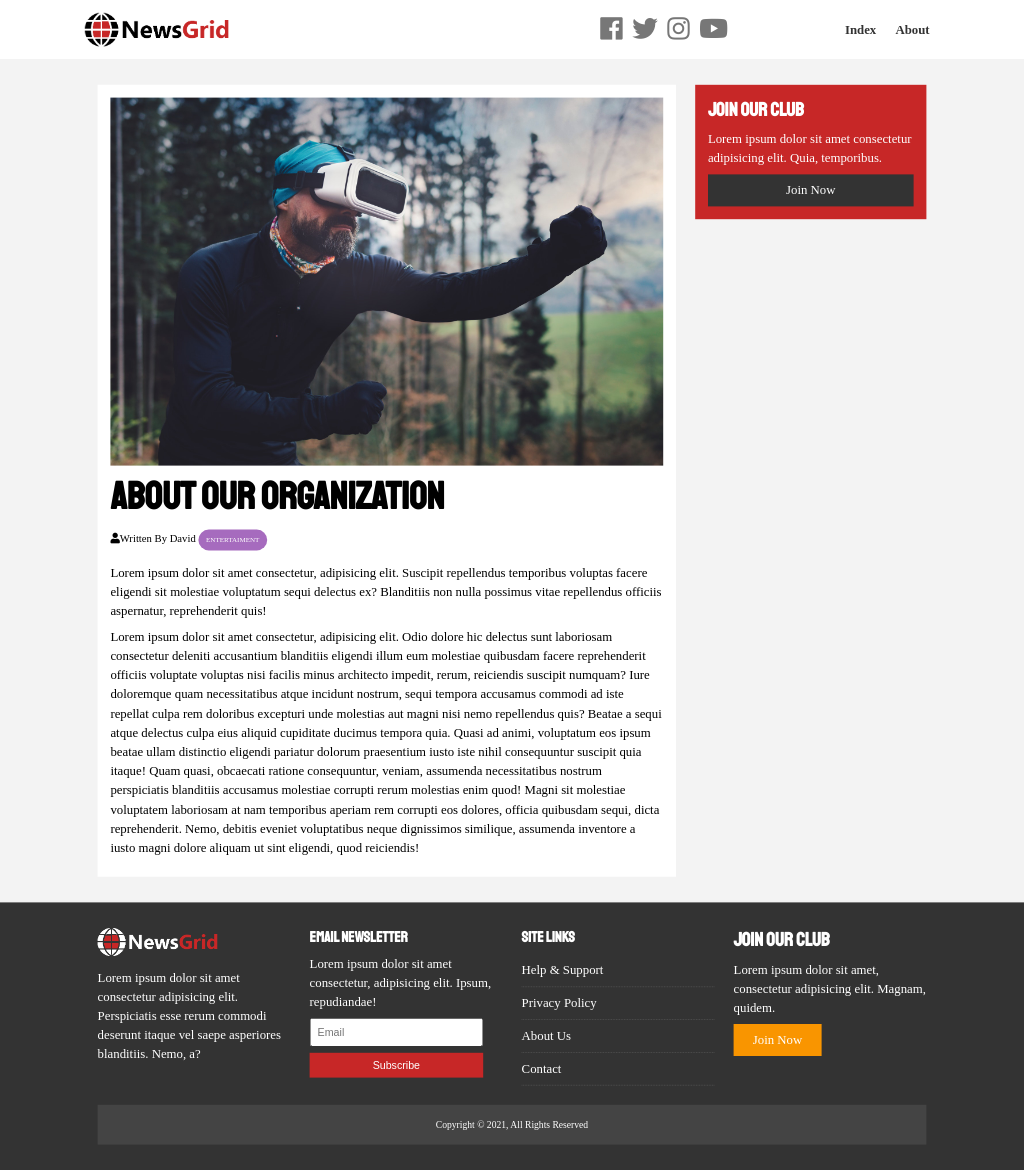
Repository: minhtien9/newsgrid
Page: article.html
The author's editor kept a copy of each file at every save. The page is drawn from the files as they stood at one save, then again after the next save.
The browser window is 1280 px wide. The pictures show the whole page, at 80% of full size.
Some web libraries are served in a nearby version.

Above is the page before, as saved 2021-08-26 12:10:06.

### article.html
<!DOCTYPE html>
<html lang="en">
  <head>
    <meta charset="UTF-8" />
    <meta name="viewport" content="width=device-width, initial-scale=1.0" />
    <meta http-equiv="X-UA-Compatible" content="ie=edge" />
    <link
      rel="stylesheet"
      href="https://use.fontawesome.com/releases/v5.6.3/css/all.css"
      integrity="sha384-UHRtZLI+pbxtHCWp1t77Bi1L4ZtiqrqD80Kn4Z8NTSRyMA2Fd33n5dQ8lWUE00s/"
      crossorigin="anonymous"
    />
    <link
      href="https://fonts.googleapis.com/css2?family=Lato&family=Staatliches&display=swap"
      rel="stylesheet"
    />
    <link rel="stylesheet" href="css/style.css" />
    <link
      rel="stylesheet"
      media="screen and (max-width: 768px)"
      href="css/mobile.css"
    />
    <link rel="shortcut icon" type="image/x-icon" href="favicon.ico" />
    <title>NewsGrid | Latest News</title>
  </head>

  <body>
    <nav id="main-nav">
      <div class="container">
        <img src="img/logo.png" alt="NewsGrid" class="logo" />
        <div class="social">
          <a href="http://facebook.com" target="_blank"
            ><i class="fab fa-facebook fa-2x"></i
          ></a>
          <a href="http://twitter.com" target="_blank"
            ><i class="fab fa-twitter fa-2x"></i
          ></a>
          <a href="http://instagram.com" target="_blank"
            ><i class="fab fa-instagram fa-2x"></i
          ></a>
          <a href="http://youtube.com" target="_blank"
            ><i class="fab fa-youtube fa-2x"></i
          ></a>
        </div>
        <ul>
          <li><a href="index.html">Index</a></li>
          <li><a href="about.html">About</a></li>
        </ul>
      </div>
    </nav>

    <section id="article">
      <div class="container">
        <div class="page-container">
          <article class="card">
            <img src="img/articles/ent1.jpg" alt="" />
            <h1 class="l-heading">About Our Organization</h1>
            <div class="meata">
              <small> <i class="fas fa-user"></i>Written By David </small>
              <div class="category category-ent">Entertaiment</div>
            </div>
            <p>
              Lorem ipsum dolor sit amet consectetur, adipisicing elit. Suscipit
              repellendus temporibus voluptas facere eligendi sit molestiae
              voluptatum sequi delectus ex? Blanditiis non nulla possimus vitae
              repellendus officiis aspernatur, reprehenderit quis!
            </p>
            <p>
              Lorem ipsum dolor sit amet consectetur, adipisicing elit. Odio
              dolore hic delectus sunt laboriosam consectetur deleniti
              accusantium blanditiis eligendi illum eum molestiae quibusdam
              facere reprehenderit officiis voluptate voluptas nisi facilis
              minus architecto impedit, rerum, reiciendis suscipit numquam? Iure
              doloremque quam necessitatibus atque incidunt nostrum, sequi
              tempora accusamus commodi ad iste repellat culpa rem doloribus
              excepturi unde molestias aut magni nisi nemo repellendus quis?
              Beatae a sequi atque delectus culpa eius aliquid cupiditate
              ducimus tempora quia. Quasi ad animi, voluptatum eos ipsum beatae
              ullam distinctio eligendi pariatur dolorum praesentium iusto iste
              nihil consequuntur suscipit quia itaque! Quam quasi, obcaecati
              ratione consequuntur, veniam, assumenda necessitatibus nostrum
              perspiciatis blanditiis accusamus molestiae corrupti rerum
              molestias enim quod! Magni sit molestiae voluptatem laboriosam at
              nam temporibus aperiam rem corrupti eos dolores, officia quibusdam
              sequi, dicta reprehenderit. Nemo, debitis eveniet voluptatibus
              neque dignissimos similique, assumenda inventore a iusto magni
              dolore aliquam ut sint eligendi, quod reiciendis!
            </p>
          </article>
          <aside class="card bg-primary">
            <h2>Join Our Club</h2>
            <p>
              Lorem ipsum dolor sit amet consectetur adipisicing elit. Quia,
              temporibus.
            </p>
            <a href="#" class="btn btn-dark btn-block">Join Now</a>
          </aside>
        </div>
      </div>
    </section>
    <!-- Footer -->
    <footer id="main-footer" class="py-2">
      <div class="container footer-container">
        <div>
          <img src="img/logo_light.png" alt="NewsGrid" />
          <p>
            Lorem ipsum dolor sit amet consectetur adipisicing elit.
            Perspiciatis esse rerum commodi deserunt itaque vel saepe asperiores
            blanditiis. Nemo, a?
          </p>
        </div>
        <div>
          <h3>Email NewsLetter</h3>
          <p>
            Lorem ipsum dolor sit amet consectetur, adipisicing elit. Ipsum,
            repudiandae!
          </p>
          <form>
            <input type="email" placeholder="Email" />
            <input type="submit" value="Subscribe" class="btn btn-primary" />
          </form>
        </div>
        <div>
          <h3>Site Links</h3>
          <ul class="list">
            <li><a href="#">Help & Support</a></li>
            <li><a href="#">Privacy Policy</a></li>
            <li><a href="#">About Us</a></li>
            <li><a href="#">Contact</a></li>
          </ul>
        </div>
        <div>
          <h2>Join Our Club</h2>
          <p>
            Lorem ipsum dolor sit amet, consectetur adipisicing elit. Magnam,
            quidem.
          </p>
          <a href="#" class="btn btn-secondary">Join Now</a>
        </div>
        <div>
          <p>Copyright &copy; 2021, All Rights Reserved</p>
        </div>
      </div>
    </footer>
  </body>
</html>

### css/style.css
:root {
  --primary-color: #c72727;
  --secondary-color: #f99500;
  --light-color: #f3f3f3;
  --dark-color: #333;
  --max-width: 1100px;
}

.category {
  --sports-color: #f99500;
  --ent-color: #a66bbe;
  --tech-color: #009cff;
}

* {
  margin: 0;
  padding: 0;
  box-sizing: border-box;
}

body {
  font-family: 'Lato' sans-serif;
  line-height: 1.5;
  background: var(--light-color);
}

a {
  color: #333;
  text-decoration: none;
}

ul {
  list-style: none;
}
p {
  margin: 0.5rem 0;
}

img {
  width: 100%;
}

h1,
h2,
h3,
h4,
h5,
h6 {
  font-family: 'Staatliches', cursive;
  margin-bottom: 0.55rem;
  line-height: 1.3;
}

/* Utility */

.container {
  max-width: var(--max-width);
  margin: auto;
  padding: 0 2rem;
  overflow: hidden;
}

.category {
  display: inline-block;
  color: #fff;
  font-size: 0.55rem;
  text-transform: uppercase;
  padding: 0.4rem 0.6rem;
  border-radius: 15px;
  margin-bottom: 0.5rem;
}

.category-sports {
  background: var(--sports-color);
}

.category-ent {
  background: var(--ent-color);
}

.category-tech {
  background: var(--tech-color);
}

.btn {
  display: inline-block;
  border: none;
  background: var(--dark-color);
  color: #fff;
  padding: 0.5rem 1.5rem;
}

.btn-light {
  background: var(--light-color);
}

.btn-primary {
  background: var(--primary-color);
}

.btn-secondary {
  background: var(--secondary-color);
}

.btn-block {
  display: block;
  width: 100%;
  text-align: center;
}

.btn:hover {
  opacity: 0.9;
}

.card {
  background: #fff;
  padding: 1rem;
}

.bg-dark {
  background: var(--dark-color);
  color: #fff;
}

.bg-primary {
  background: var(--primary-color);
  color: #fff;
}

.bg-secondary {
  background: var(--secondary-color);
  color: #fff;
}

.bg-dark h1,
.bg-dark h2,
.bg-dark h3,
.bg-dark a,
.bg-primary h1,
.bg-primary h2,
.bg-primary h3,
.bg-primary a,
.bg-secondary h1,
.bg-secondary h2,
.bg-secondary h3,
.bg-secondary a {
  color: #fff;
}

.py-1 {
  padding: 1.5rem 0;
}

.py-2 {
  padding: 2rem 0;
}

.py-3 {
  padding: 3rem 0;
}

.p-1 {
  padding: 1.5rem;
}

.p-2 {
  padding: 2rem;
}

.p-3 {
  padding: 3rem;
}

.l-heading{
  font-size: 3rem;
}
.list li {
  padding: 0.5rem 0;
  border-bottom: 1px dotted #555;
}
.list li a:hover {
  color: var(--primary-color) !important;
}

/* Inner page grid container */

.page-container {
  display: grid;
  grid-template-columns: 5fr 2fr;
  margin: 2rem 0;
  grid-gap: 1.5rem;
}

.page-container > *:first-child {
  grid-row: 1 / span 3;
}
/* Navigation */

#main-nav {
  background: #fff;
  position: sticky;
  top: 0;
  z-index: 2;
}

#main-nav .container {
  display: grid;
  grid-template-columns: 6fr 3fr 2fr;
  padding: 1rem;
  align-items: center;
}

#main-nav .logo {
  width: 180px;
}

#main-nav ul {
  justify-self: end;
  display: flex;
}

#main-nav ul li a {
  padding: 0.75rem;
  font-weight: bold;
}

#main-nav ul li a.current {
  background: var(--primary-color);
  color: #fff;
}

#main-nav ul li a:hover {
  background: var(--light-color);
  color: var(--dark-color);
}

#main-nav .social {
  justify-self: center;
}

#main-nav .social i {
  color: #777;
  margin-right: 0.5rem;
}

/* Showcase */

#showcase {
  color: #fff;
  background: #333;
  padding: 2rem;
  position: relative;
}

#showcase:before {
  content: '';
  background: url('../img/featured.jpg') no-repeat center center/cover;
  position: absolute;
  top: 0;
  left: 0;
  width: 100%;
  height: 100%;
  opacity: 0.4;
}

#showcase .showcase-container {
  display: grid;
  grid-template-columns: repeat(2, 1fr);
  justify-content: center;
  align-items: center;
  height: 80vh;
}

#showcase .showcase-content {
  z-index: 1;
}

#showcase .showcase-content p {
  margin-bottom: 1rem;
}

/* Home Articles */

#home-articles .articles-container {
  display: grid;
  grid-template-columns: repeat(3, 1fr);
  grid-gap: 1rem;
}

#home-articles .articles-container > *:first-child,
#home-articles .articles-container > *:last-child {
  display: grid;
  grid-template-columns: repeat(2, 1fr);
  grid-gap: 1rem;
  grid-column: 1 / span 2;
  align-items: center;
}

#home-articles .articles-container > *:last-child {
  grid-column: 2 / span 2;
}

/* Footer */

#main-footer {
  background: var(--dark-color);
  color: #fff;
}

#main-footer img {
  width: 150px;
}
#main-footer a {
  color: #fff;
}
#main-footer .footer-container {
  display: grid;
  grid-template-columns: repeat(4, 1fr);
  grid-gap: 1.5rem;
}
#main-footer .footer-container > *:last-child {
  background: #444;
  grid-column: 1 / span 4;
  padding: 0.5rem;
  text-align: center;
  font-size: 0.75rem;
}
#main-footer .footer-container input[type='email'] {
  width: 90%;
  padding: 0.5rem;
  margin-bottom: 0.5rem;
}
#main-footer .footer-container input[type='submit'] {
  width: 90%;
}

Loaded but not shown: css/mobile.css (no stored copy; drawn as an empty file)

After the next save:
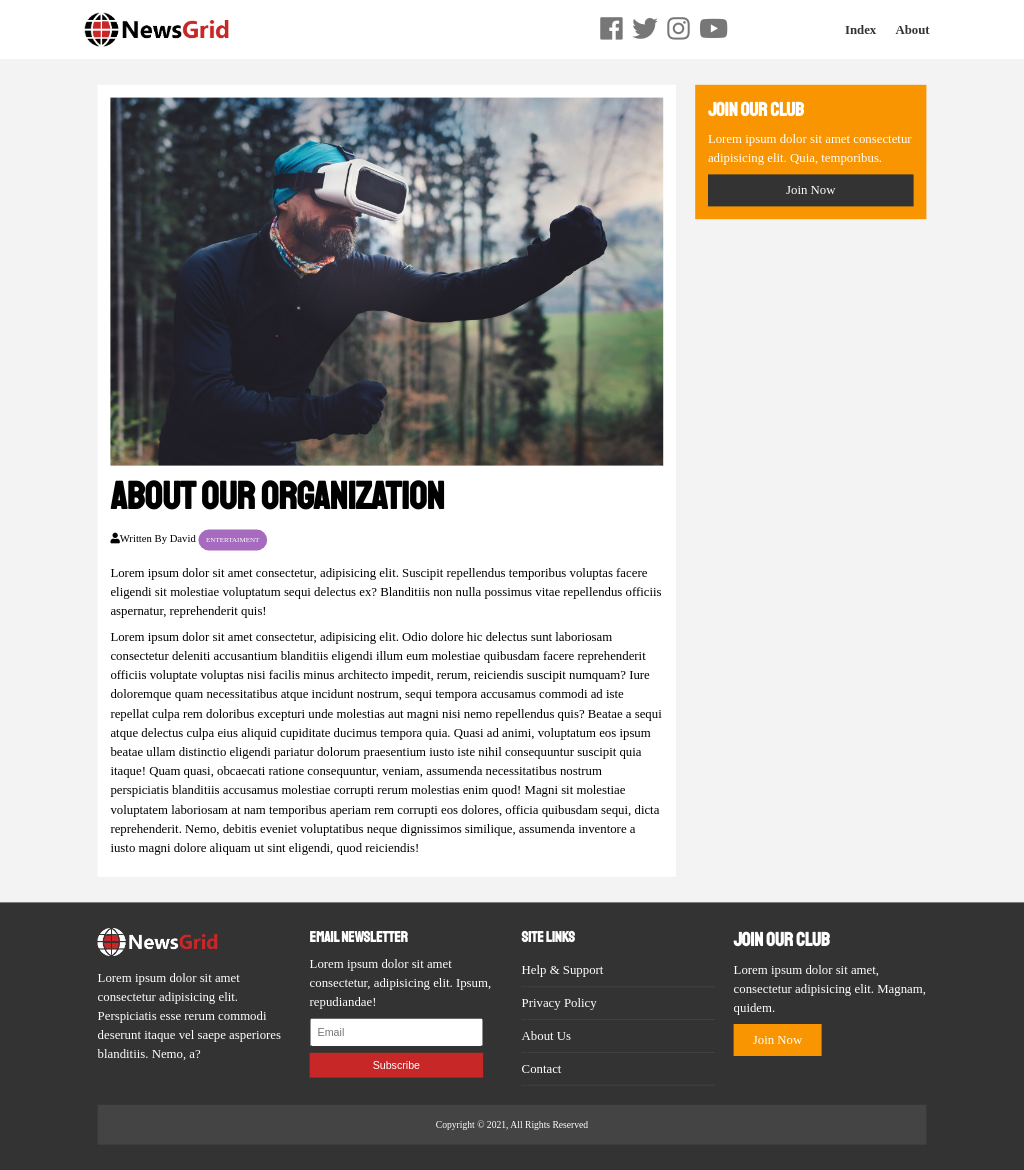
Saved 58 s later.
--- a/article.html
+++ b/article.html
@@ -87,7 +87,7 @@
               dolore aliquam ut sint eligendi, quod reiciendis!
             </p>
           </article>
-          <aside class="card bg-primary">
+          <aside class="card bg-secondary">
             <h2>Join Our Club</h2>
             <p>
               Lorem ipsum dolor sit amet consectetur adipisicing elit. Quia,
